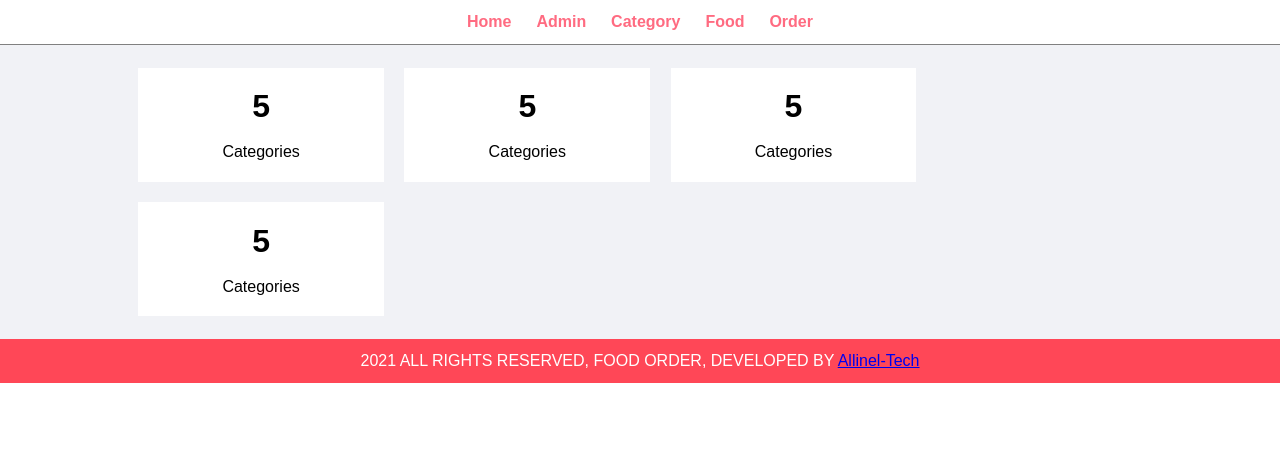
Repository: yazshrilld/food_order
Page: http://localhost/admin/index.php
The author's editor kept a copy of each file at every save. The page is drawn from the files as they stood at one save, then again after the next save.
The browser window is 1280 px wide. The pictures show the whole page.
The page is run by PHP 8.4 with error messages shown; the project is at /var/www/html/.

Above is the page before, as saved 2021-01-24 16:45:26.

### admin/index.php
    <html>
    <head>
        <title>Food Order Website - Home Page</title>
        <link rel="stylesheet" href="../css/admin.css">
    </head>
    <body>
        <!-- Menu Section Starts -->
            <div class="menu text-center">
                <div class="wrapper">
                    <ul>
                        <li><a href="">Home</a></li>
                        <li><a href="">Admin</a></li>
                        <li><a href="">Category</a></li>
                        <li><a href="">Food</a></li>
                        <li><a href="">Order</a></li>
                    </ul>
                </div>
            </div>
        <!-- Menu Section Ends -->

        <!-- Main Content Section Starts -->
            <div class="main-content">
                <div class="wrapper">
                    <h1></h1>
                    <div class="col-4 text-center">
                        <h1>5</h1><br /> Categories
                    </div>
                    <div class="col-4 text-center">
                        <h1>5</h1><br /> Categories
                    </div>
                    <div class="col-4 text-center">
                        <h1>5</h1><br /> Categories
                    </div>
                    <div class="col-4 text-center">
                        <h1>5</h1><br /> Categories
                    </div>
                    <div class="clearFix"></div>
                </div>
            </div>
        <!-- Main Content Section Ends -->

        <!-- Footer Section Starts -->
            <div class="footer">
                <div class="wrapper">
                    <p class="text-center">2021 ALL RIGHTS RESERVED, FOOD ORDER, DEVELOPED BY <a href="#">Allinel-Tech</a></p>
                </div>
            </div>
        <!-- Footer Section Ends -->

    </body>
</html>

### css/admin.css
/*
    Author: Musa Yazid
    Theme: Food Order Website Admin
    Version: 1.0
*/

* {
    margin: 0;
    padding: 0;
    font-family: Arial, Helvetica, sans-serif;
}

.wrapper {
    padding: 1%;
    width: 80%;
    margin: 0 auto;
}

.text-center {
    text-align: center;
}
.clearFix {
    float: none;
    clear: both;
}
/* CSS for Menu */
.menu {
    border-bottom: 1px solid grey;
}
.menu ul {
    list-style-type: none;
}
.menu ul li {
    display: inline;
    padding: 1%;
}
.menu ul li a {
    text-decoration: none;
    font-weight: bold;
    color: #ff6b81;
}
.menu ul li a:hover {

    color: #ff4757;
}

/* CSS for main-content */

.main-content {
    background-color: #f1f2f6;
}
.col-4 {
    width: 20%;
    background-color: white;
    margin: 1%;
    padding: 2%;
    float: left;
}

/* CSS for footer */
.footer {
    background-color: #ff4757;
    color: white;
}

After the next save:
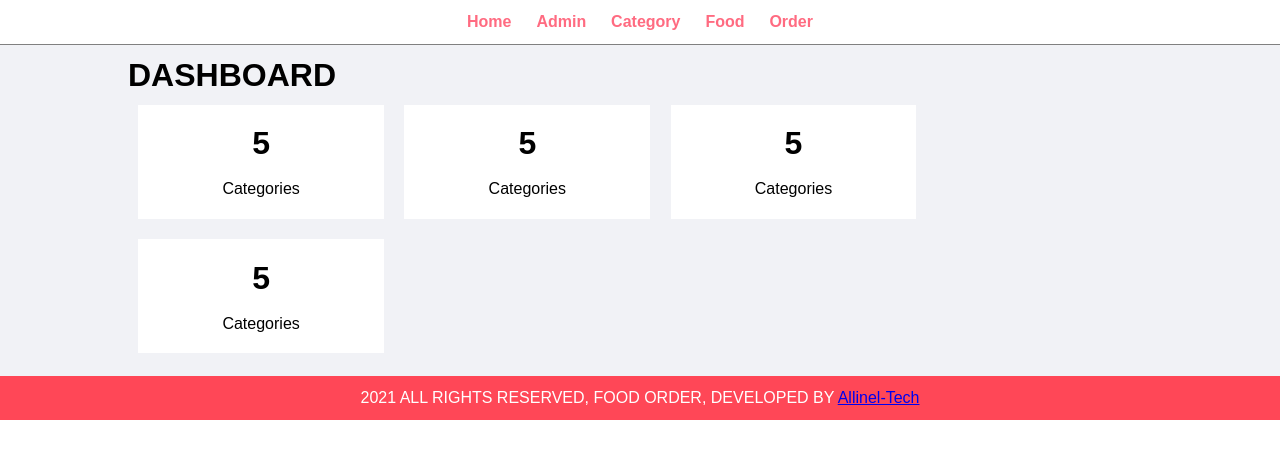
Saved 4 s later.
--- a/admin/index.php
+++ b/admin/index.php
@@ -21,7 +21,7 @@
         <!-- Main Content Section Starts -->
             <div class="main-content">
                 <div class="wrapper">
-                    <h1></h1>
+                    <h1>DASHBOARD</h1>
                     <div class="col-4 text-center">
                         <h1>5</h1><br /> Categories
                     </div>
